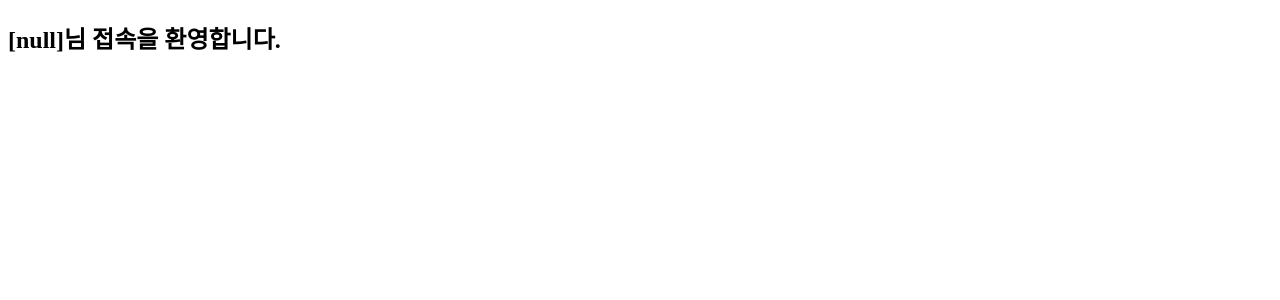
Repository: Gabintree/JDBC2019
Page: http://localhost/Jsp20190510_start/Jsp0517_LoginCheck.jsp
An editor plug-in stored every save of this project. The page is shown before and after a run of saves, followed by the edit.
The browser window is 1280 px wide. The pictures show the whole page.
The page is served by Tomcat 9. Nobody is signed in. The application's start-up code is not run. Other server files are loaded and not shown.

Above is the page before, as saved 2019-05-17 02:35:05.

### Jsp20190510_start/WebContent/Jsp0517_LoginCheck.jsp
<%@ page language="java" contentType="text/html; charset=UTF-8"
    pageEncoding="UTF-8"%>
<!DOCTYPE html>
<html>
<head>
<meta charset="UTF-8">
<title>Insert title here</title>
</head>
<body>

<%
String id = request.getParameter("id");
String pw =request.getParameter("pw");


%>

<h2>[<%= id%>]님 접속을 환영합니다.</h2>

</body>
</html>

After the next 4 saves:
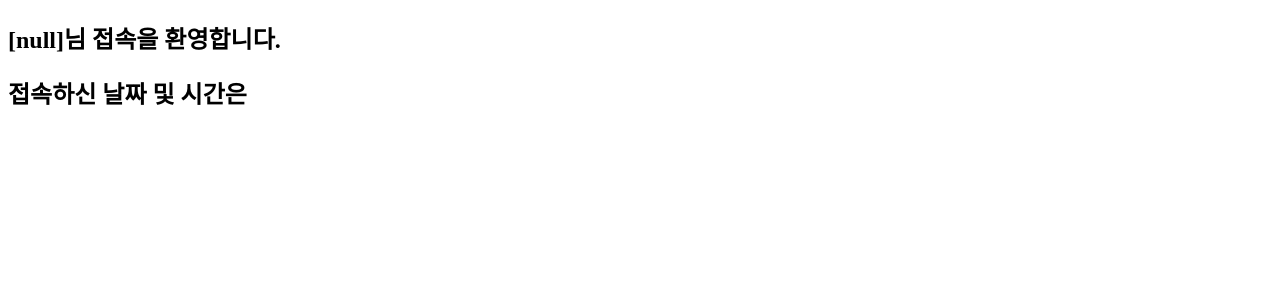
The 4 saves are shown as one change because 3 did not build or start.
The last was saved 2 min 36 s later.
--- a/Jsp20190510_start/WebContent/Jsp0517_LoginCheck.jsp
+++ b/Jsp20190510_start/WebContent/Jsp0517_LoginCheck.jsp
@@ -1,5 +1,8 @@
 <%@ page language="java" contentType="text/html; charset=UTF-8"
     pageEncoding="UTF-8"%>
+<%@ page import ="java.text.SimpleDateFormat" %>
+<%@ page import ="java.util.*" %>
+
 <!DOCTYPE html>
 <html>
 <head>
@@ -17,5 +20,7 @@
 
 <h2>[<%= id%>]님 접속을 환영합니다.</h2>
 
+<h2>접속하신 날짜 및 시간은 </h2>
+
 </body>
 </html>
